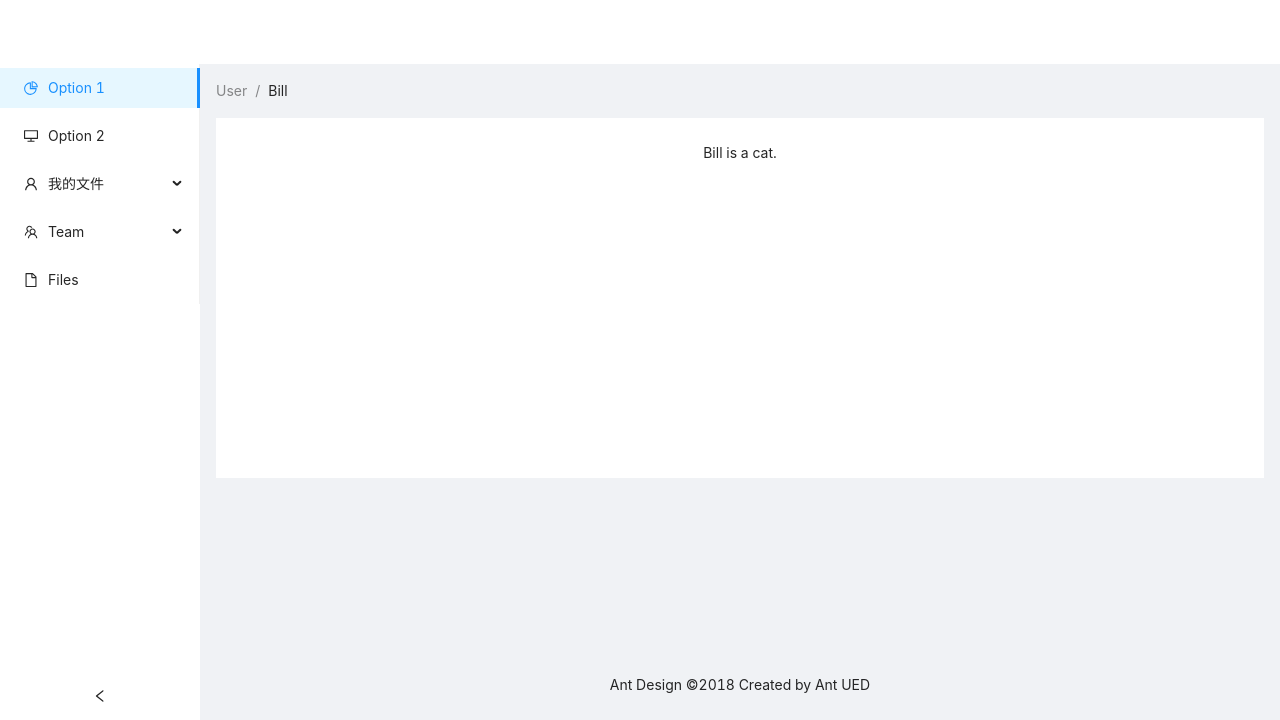
Repository: xstnet/starfire-cloud-fe
Page: /
These files come from the project's save history. The page is drawn as it stood at one moment and after the next save; the edit follows.
The browser window is 1280 px wide. The pictures show the whole page.
The project was rebuilt for these pictures with package versions that can differ from the ones it lists, and the page was loaded fresh each time.

Above is the page before, as saved 2021-09-12 16:17:13.

### src/App.js
import React from 'react';
import { Button } from 'antd';
import './App.css';
import MainLayout from './page/layout/main'

const App = () => (
  <div className="App">
    <MainLayout></MainLayout>
  </div>
);

export default App;

### src/page/layout/main.jsx
import React from 'react';
import { Layout, Menu, Breadcrumb } from 'antd';
import {
  DesktopOutlined,
  PieChartOutlined,
  FileOutlined,
  TeamOutlined,
  UserOutlined,
} from '@ant-design/icons';
import './main.css';

const { Header, Content, Footer, Sider } = Layout;
const { SubMenu } = Menu;

class MainLayout extends React.Component {
  state = {
    collapsed: false,
  };

  onCollapse = collapsed => {
    console.log(collapsed);
    this.setState({ collapsed });
  };

  render() {
    const { collapsed } = this.state;
    return (
      <Layout style={{ minHeight: '100vh' }}>
        <Sider theme="light" collapsible collapsed={collapsed} onCollapse={this.onCollapse}>
          <div className="logo" />
          <Menu defaultSelectedKeys={['1']} mode="inline">
            <Menu.Item key="1" icon={<PieChartOutlined />}>
              Option 1
            </Menu.Item>
            <Menu.Item key="2" icon={<DesktopOutlined />}>
              Option 2
            </Menu.Item>
            <SubMenu key="sub1" icon={<UserOutlined />} title="我的文件">
              <Menu.Item key="3">文档</Menu.Item>
              <Menu.Item key="4">图片</Menu.Item>
              <Menu.Item key="5">音频</Menu.Item>
              <Menu.Item key="5">视频</Menu.Item>
            </SubMenu>
            <SubMenu key="sub2" icon={<TeamOutlined />} title="Team">
              <Menu.Item key="6">Team 1</Menu.Item>
              <Menu.Item key="8">Team 2</Menu.Item>
            </SubMenu>
            <Menu.Item key="9" icon={<FileOutlined />}>
              Files
            </Menu.Item>
          </Menu>
        </Sider>
        <Layout className="site-layout">
          <Header className="site-layout-background" style={{ padding: 0 }} />
          <Content style={{ margin: '0 16px' }}>
            <Breadcrumb style={{ margin: '16px 0' }}>
              <Breadcrumb.Item>User</Breadcrumb.Item>
              <Breadcrumb.Item>Bill</Breadcrumb.Item>
            </Breadcrumb>
            <div className="site-layout-background" style={{ padding: 24, minHeight: 360 }}>
              Bill is a cat.
            </div>
          </Content>
          <Footer style={{ textAlign: 'center' }}>Ant Design ©2018 Created by Ant UED</Footer>
        </Layout>
      </Layout>
    );
  }
}

export default MainLayout;

### src/page/layout/main.css
 .logo {
    height: 32px;
    margin: 16px;
    background: rgba(255, 255, 255, 0.3);
  }

  .site-layout .site-layout-background {
    background: #fff;
  }

Loaded but not shown: public/index.html (common file); src/index.js (common file); src/index.css (common file); src/reportWebVitals.js (common file); src/App.css (common file)

After the next save:
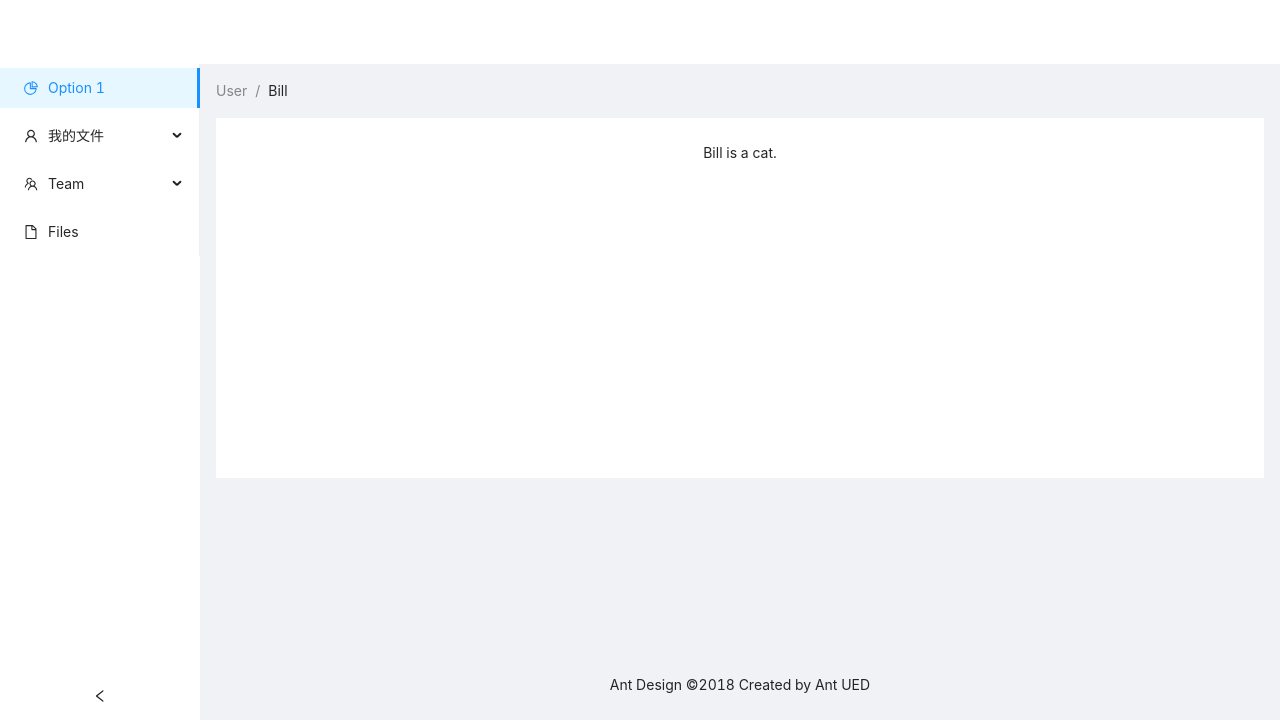
Saved 12 s later.
--- a/src/page/layout/main.jsx
+++ b/src/page/layout/main.jsx
@@ -31,9 +31,6 @@ class MainLayout extends React.Component {
           <Menu defaultSelectedKeys={['1']} mode="inline">
             <Menu.Item key="1" icon={<PieChartOutlined />}>
               Option 1
-            </Menu.Item>
-            <Menu.Item key="2" icon={<DesktopOutlined />}>
-              Option 2
             </Menu.Item>
             <SubMenu key="sub1" icon={<UserOutlined />} title="我的文件">
               <Menu.Item key="3">文档</Menu.Item>
